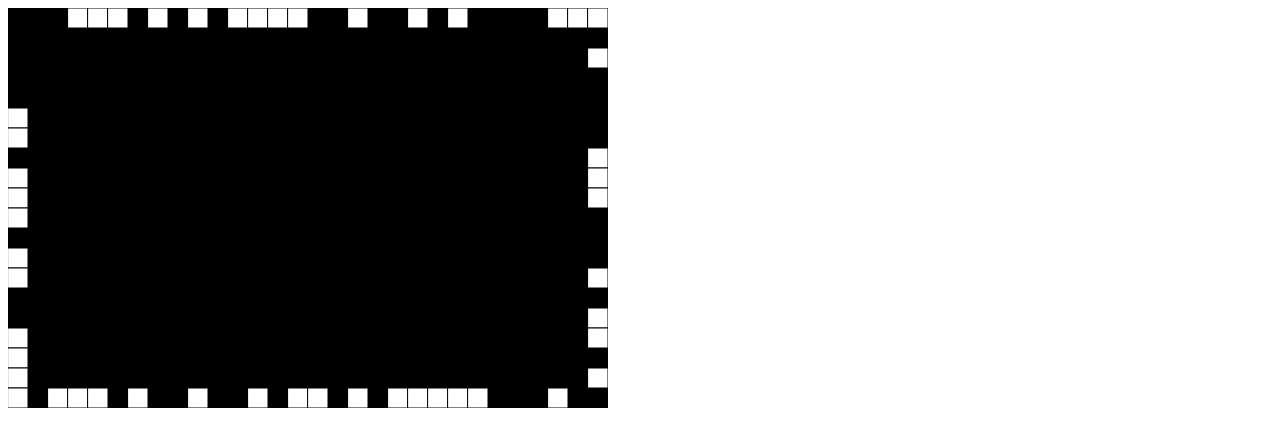
Repository: simenihlen/Game-of-Life
Page: index.html
The author's editor kept a copy of each file at every save. The page is drawn from the files as they stood at one save, then again after the next save.
The browser window is 1280 px wide. The pictures show the whole page.

Above is the page before, as saved 2025-09-05 16:54:24.

### index.html
<!DOCTYPE html>
<html>
  <head>
    <meta charset="utf-8">
    <title>p5.js Grid Example</title>
    <script src="https://cdn.jsdelivr.net/npm/p5@1.9.0/lib/p5.min.js"></script>
    <script src="sketch.js"></script>
  </head>
  <body>
  </body>
</html>

### sketch.js
function make2DArray(cols, rows) {
    let arr = new Array(cols);
    for (let i = 0; i < arr.length; i++) {
        arr[i] = new Array(rows);
    }
    return arr;
}
let grid;
let cols;
let rows;
let resolution = 20;

function setup() {
    createCanvas(600, 400);
    cols = width / resolution;
    rows = height / resolution;

    grid = make2DArray(cols, rows);
    for (let i = 0; i < cols; i++) {
        for (let j = 0; j < rows; j++) {
            grid[i][j] = floor(random(2));
        }
    }
}

function draw() {
    background(0);

    for (let i = 0; i < cols; i++) {
        for (let j = 0; j < rows; j++) {
            let x = i * resolution;
            let y = j * resolution;
            if (grid[i][j] == 1) {
                fill(255);
                stroke(0);
                rect(x, y, resolution, resolution);
            }
        }
    }

    let next = make2DArray(cols, rows);

    for (let i = 0; i < cols; i++) {
        for (let j = 0; j < rows; j++) {
            let state = grid[i][j];
            // Edge cases
            if (i == 0 || j == 0 || i == cols - 1 || j == rows - 1) {
                next[i][j] = state;
            } else {

            let sum = 0;
            let neighbors = countNeighbors(grid, i, j);

            // Rules
            if (state == 0 && neighbors == 3) {
                next[i][j] = 1;
            } else if (state == 1 && (neighbors < 2 || neighbors > 3)) {
                next[i][j] = 0
            } else {
                next[i][j] = state;
            }

            // // Cursed way
            // sum += grid[i - 1][j - 1];
            // sum += grid[i][j - 1];
            // sum += grid[i + 1][j - 1];
            // sum += grid[i + 1][j];
            // sum += grid[i + 1][j + 1];
            // sum += grid[i][j + 1];
            // sum += grid[i - 1][j + 1];
            // sum += grid[i - 1][j];
        }
    }
    }

    grid = next;
}

function countNeighbors(grid, x, y) {
    let sum = 0;
    for (let i = -1; i < 2; i++) {
        for (let j = -1; j < 2; j++) {

            let col = (x + 1) % cols;
            let row = (y + 1) % rows;

            sum += grid[col][row];
        }
    }
    sum -= grid[x][y];
    return sum;
}

After the next save:
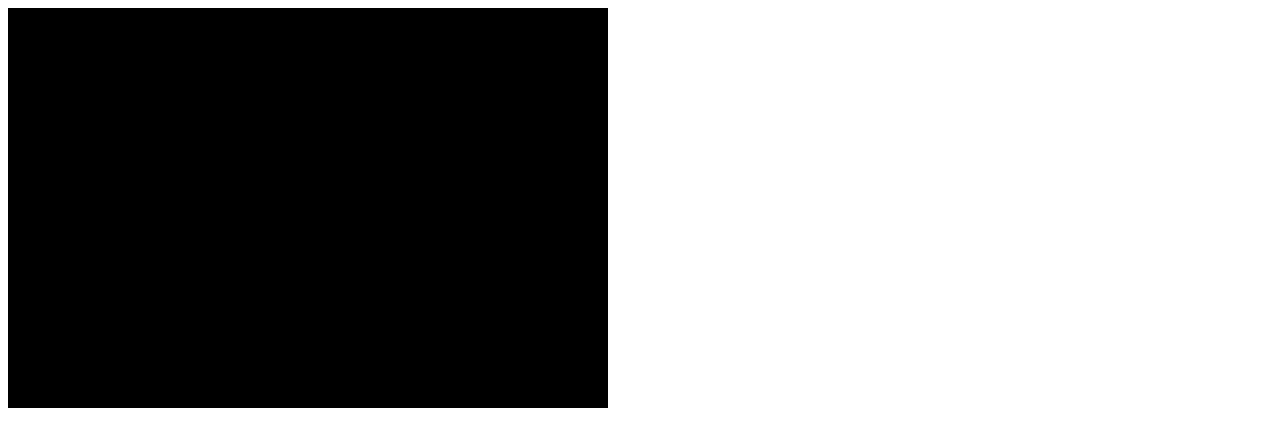
Saved 18 s later.
--- a/sketch.js
+++ b/sketch.js
@@ -43,10 +43,6 @@
     for (let i = 0; i < cols; i++) {
         for (let j = 0; j < rows; j++) {
             let state = grid[i][j];
-            // Edge cases
-            if (i == 0 || j == 0 || i == cols - 1 || j == rows - 1) {
-                next[i][j] = state;
-            } else {
 
             let sum = 0;
             let neighbors = countNeighbors(grid, i, j);
@@ -71,7 +67,6 @@
             // sum += grid[i - 1][j];
         }
     }
-    }
 
     grid = next;
 }
